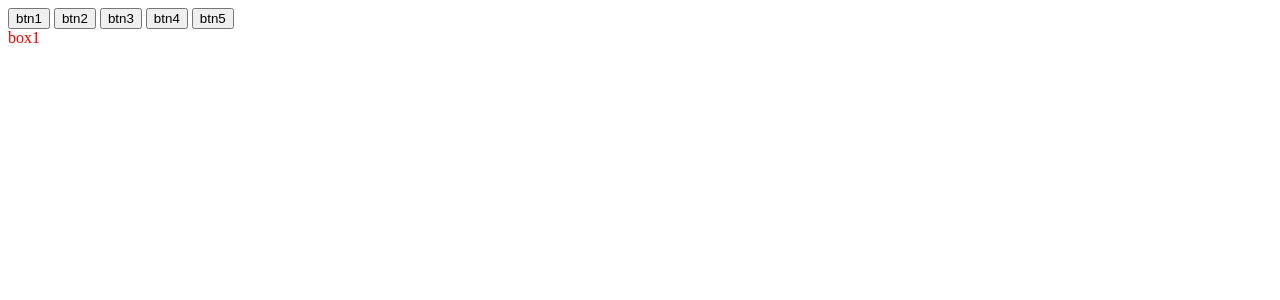
Repository: Shinhan1/shinhan
Page: http://localhost/web_goott/w20200323/jQueryEx06.jsp
These files come from the project's save history. The page is drawn as it stood at one moment and after the next save; the edit follows.
The browser window is 1280 px wide. The pictures show the whole page.
After loading, the first visible `#btn1` was clicked once.
The page is served by Tomcat 9.

Above is the page before, as saved 2020-03-23 07:06:05.

After the next save:
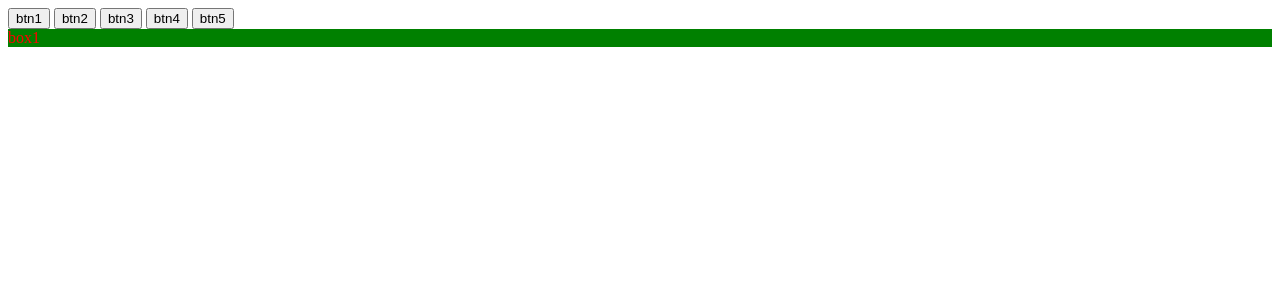
Saved 8 s later.
--- a/web_goott/WebContent/w20200323/jQueryEx06.jsp
+++ b/web_goott/WebContent/w20200323/jQueryEx06.jsp
@@ -10,7 +10,7 @@
 	$(document).ready(function(){
 		// 1번 버튼을 누르면 CSS 효과를 적용하기
 		$("#btn1").click(function(){
-			//$("#box1").css("background-color", "green");
+			$("#box1").css("background-color", "green");
 			$("#box1").css("color", "red");
 		});
 
